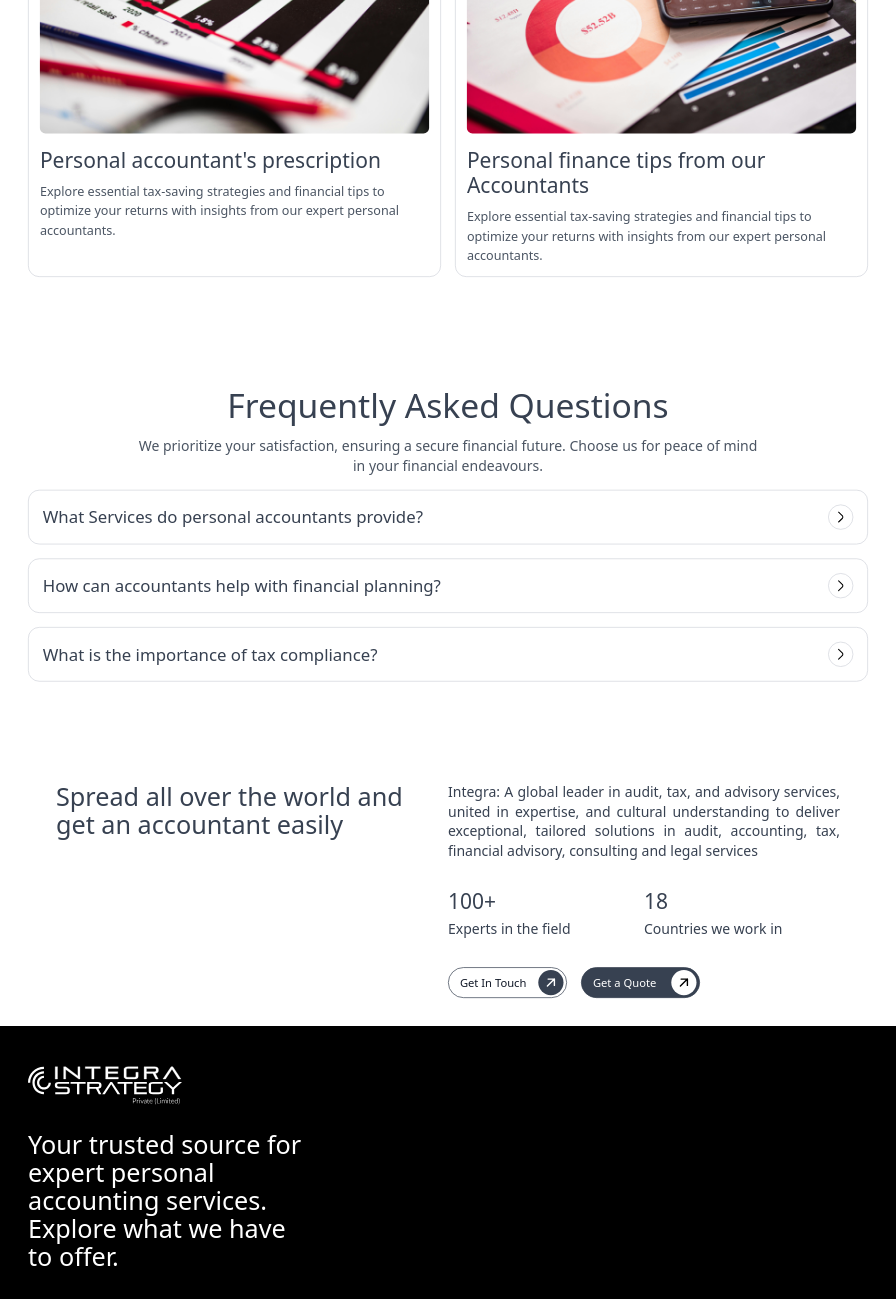
Repository: vespersolutionspk18/integrast-website
Page: /
These files come from the project's save history. The page is drawn as it stood at one moment and after the next save; the edit follows.
The browser window is 1280 px wide. The pictures show the part of the page from y = 2834 to 4754 px (the page is 4690 px tall before and 4754 px after), at 70% of full size.
The project was rebuilt for these pictures with package versions that can differ from the ones it lists, and the page was loaded fresh each time. The framework's server and built-in components were replaced by stand-ins that run in the browser. Also part of the build but not shown: next.config.ts.

Above is the page before, as saved 2024-12-12 15:24:10.

### app/layout.tsx
import type { Metadata } from "next";
import localFont from "next/font/local";
import "./globals.css";

const geistSans = localFont({
  src: "./fonts/GeistVF.woff",
  variable: "--font-geist-sans",
  weight: "100 900",
});
const geistMono = localFont({
  src: "./fonts/GeistMonoVF.woff",
  variable: "--font-geist-mono",
  weight: "100 900",
});

export const metadata: Metadata = {
  title: "Integra Strategy",
  description: "-",
};

export default function RootLayout({
  children,
}: Readonly<{
  children: React.ReactNode;
}>) {
  return (
    <html lang="en">
      <body
        className={`${geistSans.variable} ${geistMono.variable} antialiased`}
      >
        {children}
      </body>
    </html>
  );
}

### app/page.tsx
import Image from "next/image";
import Header from "./Header";
import Hero from "./Hero";
import Services from "./Services";
import Postsart from "./Postsart";
import Faqsection from "./Faqsection";
import GetinTouchSection from "./GetinTouchSection";
import Footer from "./Footer";

export default function Home() {
  return (
    <div>
      <Header />
      <Hero />
      <Services />
      <Postsart />
      <Faqsection />
      <GetinTouchSection />
      <Footer />
    </div>
  );
}

### app/Hero.tsx
import React from 'react'
import ButtonArrowwhite from "@/public/assets/buttonarrowwhite.svg";
import ButtonArrow from "@/public/assets/buttonarrow.svg";
const Hero = () => {
  return (
    <div className="flex flex-col p-10 ">
        <div className="flex flex-row mt-24 h-[190px] gap-5 ">
            <div className="w-[55%] flex flex-col">
                <h1 className="font-light font-sans text-6xl text-gray-600">Unlock Prosperity, <span className="text-gray-800">Choose Expert Guidance</span></h1>
                <h4 className="text-xl font-sans font-light text-gray-900 mt-6">Embark on a transformative journey to financial prosperity with our personalized accountancy services</h4>
            </div>
            <div className="w-[45%] flex flex-col justify-between ">
                <h4 className="text-xl text-justify font-light font-sans text-gray-900">Unlock tailored strategies, benefit from insightful guidances, and follow a clear pathway to achieve your financial success. Elevate your financial journey with our dedicated support and expertise. Contact us today to start your journey towards financial freedom.</h4>
                <div className="flex flex-row gap-5 pt-10">
                <div>
                <div id="button"
  className="group  bg-white h-[44px] flex-row border-[1px] border-gray-700 text-gray-900 text-[16px] py-1 px-1 font-light rounded-full hidden md:flex items-center justify-between w-[170px] transition-width duration-500 ease-in-out  hover:w-[195px] hover:bg-gray-700 hover:border-gray-700 hover:text-white hover:cursor-pointer "

>
  <div className="mx-3 font-sans font-regular">Get In Touch</div>
  <div className="bg-gray-700 rounded-full h-[36px] w-[36px] flex items-center justify-center transition-transform duration-500 ease-in-out group-hover:rotate-45">
    <ButtonArrowwhite className="h-[24px] w-[24px]" />
  </div>
            </div>
                </div>
                <div>
                <div id="button"
  className="group  bg-gray-700 h-[44px] flex-row border-[1px] border-gray-700 text-white text-[16px] py-1 px-1 font-light rounded-full hidden md:flex items-center justify-between w-[170px] transition-width duration-500 ease-in-out  hover:w-[195px] hover:bg-white hover:border-gray-700 hover:text-gray-700 hover:cursor-pointer "

>
  <div className="mx-3 font-sans font-regular">Get a Quote</div>
  <div className="bg-white rounded-full h-[36px] w-[36px] flex items-center justify-center transition-transform duration-500 ease-in-out group-hover:rotate-45 group-hover:border-[1px] group-hover:border-gray-700">
    <ButtonArrow className="h-[24px] w-[24px]" />
  </div>
            </div>
                </div>

                </div>
            </div>
        </div>


        <div className="flex flex-row h-[380px] gap-4 mt-16">
            <div className="w-[70%] transition-all duration-500 ease-in-out hover:w-[90%] rounded-2xl bg-cover bg-center" style={{backgroundImage: `url('/assets/heroimage3.jpg')`}}></div>
            <div className="w-[30%] transition-all duration-500 ease-in-out hover:w-[40%] flex flex-col justify-between ">
                <div className="w-full h-full rounded-2xl bg-cover bg-center" style={{backgroundImage: `url('/assets/heroimage4.jpg')`}}></div>
                <h5 className="font-sans text-gray-900 text-justify text-xl mt-3  font-light">Tailored solutions, expert guidance, and strategic planning to secure your wealth and achieve your financial goals seamlessly</h5>
            </div>
        </div>
    </div>
  )
}

export default Hero

### app/Services.tsx
import React from 'react'
import ButtonArrowwhite from "@/public/assets/buttonarrowwhite.svg";
import ButtonArrow from "@/public/assets/buttonarrow.svg";
const Services = () => {
  return (
    <div className="flex flex-col p-10 mt-16 items-center ">
        <div className="flex flex-row items-start justify-start ">
            <div className="w-1/2 font-sans font-light text-5xl text-gray-700">We collaborate across diverse industry landscapes</div>
            <div className="w-1/2 font-sans text-gray-900 text-justify text-xl  font-light">Our commitment to fostering dynamic collaboration allows to navigate the unique challenges and intricacies of various sectors. Our versatile approach ensures tailored solutions that resonate with the distinct needs of each industry.</div>
        </div>
        <div className="flex flex-row gap-5 mt-16">
            <div className="rounded-2xl w-1/3 h-[540px] bg-cover bg-center flex items-end  " style={{backgroundImage: `url('/assets/audit.jpg')`}}>
            <div className="group">
  <div className="bg-white m-4  rounded-[12px] flex flex-col relative transition-all duration-500 ease-in-out hover:pb-[120px] min-h-[180px]">
    <h5 className="ml-5 mt-5 mr-5 mb-5 font-sans text-3xl text-gray-700 font-light">
      Accounting & Finance
    </h5>
    <p className="ml-5 mr-5 mb-5 text-justify font-sans font-light text-xl text-gray-600">
      We are committed to serving the public interest by providing objective assurance over data on which investors rely.
    </p>
    {/* Hidden div */}
    <div className="absolute bottom-5 left-5 text-xl font-sans font-light  text-gray-600 px-4 py-2 rounded-md opacity-0 invisible transition-all duration-500 group-hover:opacity-100 group-hover:visible hover:text-black hover:cursor-pointer  hover:underline">
      Learn More
    </div>
  </div>
</div>

</div>
            <div className="rounded-2xl w-1/3 h-[540px] bg-cover bg-center flex items-end" style={{backgroundImage: `url('/assets/tax.jpg')`}}>
            <div className="group">
  <div className="bg-white m-4  rounded-[12px] flex flex-col relative transition-all duration-500 ease-in-out hover:pb-[120px] min-h-[180px]">
    <h5 className="ml-5 mt-5 mr-5 mb-5 font-sans text-3xl text-gray-700 font-light">
      Tax & Legal
    </h5>
    <p className="ml-5 mr-5 mb-5 text-justify font-sans font-light text-xl text-gray-600">
      We are committed to serving the public interest by providing objective assurance over data on which investors rely.
    </p>
    {/* Hidden div */}
    <div className="absolute bottom-5 left-5 text-xl font-sans font-light  text-gray-600 px-4 py-2 rounded-md opacity-0 invisible transition-all duration-500 group-hover:opacity-100 group-hover:visible hover:text-black hover:cursor-pointer  hover:underline">
      Learn More
    </div>
  </div>
</div>
</div>
            <div className="rounded-2xl w-1/3 h-[540px] bg-cover bg-center flex items-end" style={{backgroundImage: `url('/assets/tech.jpg')`}}>
            <div className="group">
  <div className="bg-white m-4  rounded-[12px] flex flex-col relative transition-all duration-500 ease-in-out hover:pb-[120px] min-h-[180px]">
    <h5 className="ml-5 mt-5 mr-5 mb-5 font-sans text-3xl text-gray-700 font-light">
      Technology & IT
    </h5>
    <p className="ml-5 mr-5 mb-5 text-justify font-sans font-light text-xl text-gray-600">
      We are committed to serving the public interest by providing objective assurance over data on which investors rely.
    </p>
    {/* Hidden div */}
    <div className="absolute bottom-5 left-5 text-xl font-sans font-light  text-gray-600 px-4 py-2 rounded-md opacity-0 invisible transition-all duration-500 group-hover:opacity-100 group-hover:visible hover:text-black hover:cursor-pointer  hover:underline">
      Learn More
    </div>
  </div>
</div>
</div>
        </div>
        <div className="mt-8">
                <div id="button"
  className="group  bg-white h-[44px] flex-row border-[1px] border-gray-700 text-gray-900 text-[16px] py-1 px-1 font-light rounded-full hidden md:flex items-center justify-between w-[190px] transition-width duration-500 ease-in-out hover:cursor-pointer  hover:w-[215px] hover:bg-gray-700 hover:border-gray-700 hover:text-white "

>
  <div className="mx-3 font-sans font-regular">View all Services</div>
  <div className="bg-gray-700 rounded-full h-[36px] w-[36px] flex items-center justify-center transition-transform duration-500 ease-in-out group-hover:rotate-45">
    <ButtonArrowwhite className="h-[24px] w-[24px]" />
  </div>
            </div>
                </div>
    </div>
  )
}

export default Services

### app/Postsart.tsx
import React from 'react'

const Postsart = () => {
  return (
    <div className="w-full flex flex-col p-10 items-center mt-20">
        <h2 className="text-5xl font-sans text-gray-700 font-light">Posts & Articles</h2>
        <p className="font-sans text-xl text-gray-800 font-light text-center mt-5">Stay up-to-date and enahnce your financial literacy with our engaging and informative<br></br>content your key to achieving financial success</p>
        <div className="flex flex-row mt-10 gap-5 w-full">
            <div className="hover:border-black hover:cursor-pointer flex flex-col rounded-2xl w-1/2  border-[1px] p-4 border-gray-300">
            <div className="w-full h-[340px] rounded-[8px] bg-cover bg-center" style={{backgroundImage: `url('/assets/post1.jpg')`}}></div>
            <h5 className="font-sans font-light text-3xl mt-5 text-gray-700">Navigating Tax Season: Tips for Individuals</h5>
            <p className="font-sans font-light text-gray-600 text-lg mt-3">Explore essential tax-saving strategies and financial tips to optimize your returns with insights from our expert personal accountants.</p>
            </div>
            <div className="hover:border-black hover:cursor-pointer flex flex-col rounded-2xl w-1/2  border-[1px] p-4 border-gray-300">
            <div className="w-full h-[340px] rounded-[8px] bg-cover bg-center" style={{backgroundImage: `url('/assets/post2.jpg')`}}></div>
            <h5 className="font-sans font-light text-3xl mt-5 text-gray-700">Insights from personal accountants</h5>
            <p className="font-sans font-light text-gray-600 text-lg mt-3">Explore essential tax-saving strategies and financial tips to optimize your returns with insights from our expert personal accountants.</p>
            </div>
        </div>
        <div className=" flex flex-row mt-5 gap-5 w-full">
            <div className="hover:border-black hover:cursor-pointer flex flex-col rounded-2xl w-1/2  border-[1px] p-4 border-gray-300">
            <div className="w-full h-[340px] rounded-[8px] bg-cover bg-center" style={{backgroundImage: `url('/assets/post3.jpg')`}}></div>
            <h5 className="font-sans font-light text-3xl mt-5 text-gray-700">Personal accountant's prescription</h5>
            <p className="font-sans font-light text-gray-600 text-lg mt-3">Explore essential tax-saving strategies and financial tips to optimize your returns with insights from our expert personal accountants.</p>
            </div>
            <div className="hover:border-black hover:cursor-pointer flex flex-col rounded-2xl w-1/2  border-[1px] p-4 border-gray-300">
            <div className="w-full h-[340px] rounded-[8px] bg-cover bg-center" style={{backgroundImage: `url('/assets/post4.jpg')`}}></div>
            <h5 className="font-sans font-light text-3xl mt-5 text-gray-700">Personal finance tips from our Accountants</h5>
            <p className="font-sans font-light text-gray-600 text-lg mt-3">Explore essential tax-saving strategies and financial tips to optimize your returns with insights from our expert personal accountants.</p>
            </div>
        </div>
    </div>
  )
}

export default Postsart

### app/Faqsection.tsx
"use client";
import React, { useState } from "react";
import ButtonRight from "@/public/assets/right.svg";
import ButtonArrowwhite from "@/public/assets/buttonarrowwhite.svg";
import ButtonArrow from "@/public/assets/buttonarrow.svg";

const Faqsection = () => {
  // Array of FAQs
  const faqs = [
    {
      question: "What Services do personal accountants provide?",
      answer:
        "Personal accountants provide a variety of services, including tax preparation, financial planning, and investment advice. They also help manage budgets, track expenses, and ensure compliance with financial regulations.",
    },
    {
      question: "How can accountants help with financial planning?",
      answer:
        "Accountants assist in creating budgets, managing investments, and developing long-term financial strategies tailored to individual needs.",
    },
    {
      question: "What is the importance of tax compliance?",
      answer:
        "Tax compliance ensures that individuals and businesses meet their legal obligations, avoiding penalties and fostering financial stability.",
    },
  ];

  // State to track which FAQ is expanded
  const [expandedIndex, setExpandedIndex] = useState(null);

  // Toggle function
  const toggleSection = (index) => {
    setExpandedIndex((prevIndex) => (prevIndex === index ? null : index));
  };

  return (
    <div className="flex flex-col p-10 items-center mt-20">
      <h2 className="font-sans font-light text-5xl text-gray-700">
        Frequently Asked Questions
      </h2>
      <p className="font-sans mt-5 font-light text-xl text-gray-600 text-center">
        We prioritize your satisfaction, ensuring a secure financial future.
        Choose us for peace of mind
        <br />
        in your financial endeavours.
      </p>
      <div className="w-full flex flex-col gap-5 mt-5">
        {faqs.map((faq, index) => (
          <div
            key={index}
            className={`border-[1px] ${
              expandedIndex === index ? "border-gray-500" : "border-gray-300"
            } rounded-2xl p-5 flex flex-col transition-all duration-500`}
          >
            <div
              onClick={() => toggleSection(index)}
              className="flex flex-row justify-between items-center cursor-pointer"
            >
              <h5 className="font-sans font-light text-2xl text-gray-700">
                {faq.question}
              </h5>
              <div
                className={`bg-white border-[1px] border-gray-300 rounded-full h-[36px] w-[36px] flex items-center justify-center transition-transform duration-500 ease-in-out ${
                  expandedIndex === index ? "rotate-90" : "rotate-0, "
                }`}
              >
                <ButtonRight className="h-[24px] w-[24px]" />
              </div>
            </div>
            {/* Expandable content */}
            <div
              className={`overflow-hidden transition-all duration-500 ease-in-out ${
                expandedIndex === index ? "max-h-[200px] mt-5" : "max-h-0"
              }`}
            >
              <p className="text-gray-600 font-sans font-light text-lg">{faq.answer}</p>
            </div>
          </div>
        ))}
      </div>
    </div>
  );
};

export default Faqsection;

### app/GetinTouchSection.tsx
import React from 'react'
import ButtonArrowwhite from "@/public/assets/buttonarrowwhite.svg";
import ButtonArrow from "@/public/assets/buttonarrow.svg";

const GetinTouchSection = () => {
  return (
    <div className="mt-16">
        <div className="flex flex-row p-10 ">
        <div className="ml-10 w-1/2 font-sans font-light text-gray-700 text-4xl">
        <b>Spread all over the world</b> and get an accountant easily
        </div>
        <div className="mr-10 w-1/2 flex flex-col">
        <p className="font-light text-xl text-gray-700 font-sans text-justify">
            Integra: A global leader in audit, tax, and advisory services, united in expertise, and cultural understanding to deliver exceptional, tailored solutions in audit, accounting, tax, financial advisory, consulting and legal services
        </p>
        <div className="flex flex-row justify-between mt-10">
        <div className="w-1/2 flex flex-col gap-2">
        <h5 className="font-sans font-light text-3xl text-gray-700">100+</h5>
        <p className="font-sans font-light text-xl text-gray-700">Experts in the field</p>

        </div>
        <div className="w-1/2 flex flex-col gap-2">
        <h5 className="font-sans font-light text-3xl text-gray-700">18</h5>
        <p className="font-sans font-light text-xl text-gray-700">Countries we work in </p>
        </div>
        </div>
        <div className="flex flex-row gap-5 pt-10">
                <div>
                <div id="button"
  className="group  bg-white h-[44px] flex-row border-[1px] border-gray-700 text-gray-900 text-[16px] py-1 px-1 font-light rounded-full hidden md:flex items-center justify-between w-[170px] transition-width duration-500 ease-in-out  hover:w-[195px] hover:bg-gray-700 hover:border-gray-700 hover:text-white hover:cursor-pointer "

>
  <div className="mx-3 font-sans font-regular">Get In Touch</div>
  <div className="bg-gray-700 rounded-full h-[36px] w-[36px] flex items-center justify-center transition-transform duration-500 ease-in-out group-hover:rotate-45">
    <ButtonArrowwhite className="h-[24px] w-[24px]" />
  </div>
            </div>
                </div>
                <div>
                <div id="button"
  className="group  bg-gray-700 h-[44px] flex-row border-[1px] border-gray-700 text-white text-[16px] py-1 px-1 font-light rounded-full hidden md:flex items-center justify-between w-[170px] transition-width duration-500 ease-in-out  hover:w-[195px] hover:bg-white hover:border-gray-700 hover:text-gray-700 hover:cursor-pointer "

>
  <div className="mx-3 font-sans font-regular">Get a Quote</div>
  <div className="bg-white rounded-full h-[36px] w-[36px] flex items-center justify-center transition-transform duration-500 ease-in-out group-hover:rotate-45 group-hover:border-[1px] group-hover:border-gray-700">
    <ButtonArrow className="h-[24px] w-[24px]" />
  </div>
            </div>
                </div>

                </div>
        </div>
    </div>
    </div>
  )
}

export default GetinTouchSection

### app/Footer.tsx
import React from 'react'
import IntegraFooterLogo from "@/public/assets/integra-logo-white.svg";

const Footer = () => {
  return (
    <div className="flex flex-col bg-black text-white">
        <div className="flex flex-row p-10 justify-between">
        <div className="w-1/3 flex flex-col gap-5">
        <IntegraFooterLogo className="h-[90px] w-[220px]" />
        <h3 className="font-sans font-light text-4xl">Your trusted source for expert personal accounting services. Explore what we have to offer.</h3>
        </div>
        </div>
    </div>
  )
}

export default Footer

Loaded but not shown: app/globals.css (common file); app/Header.tsx (common file); tailwind.config.ts (common file)

After the next save:
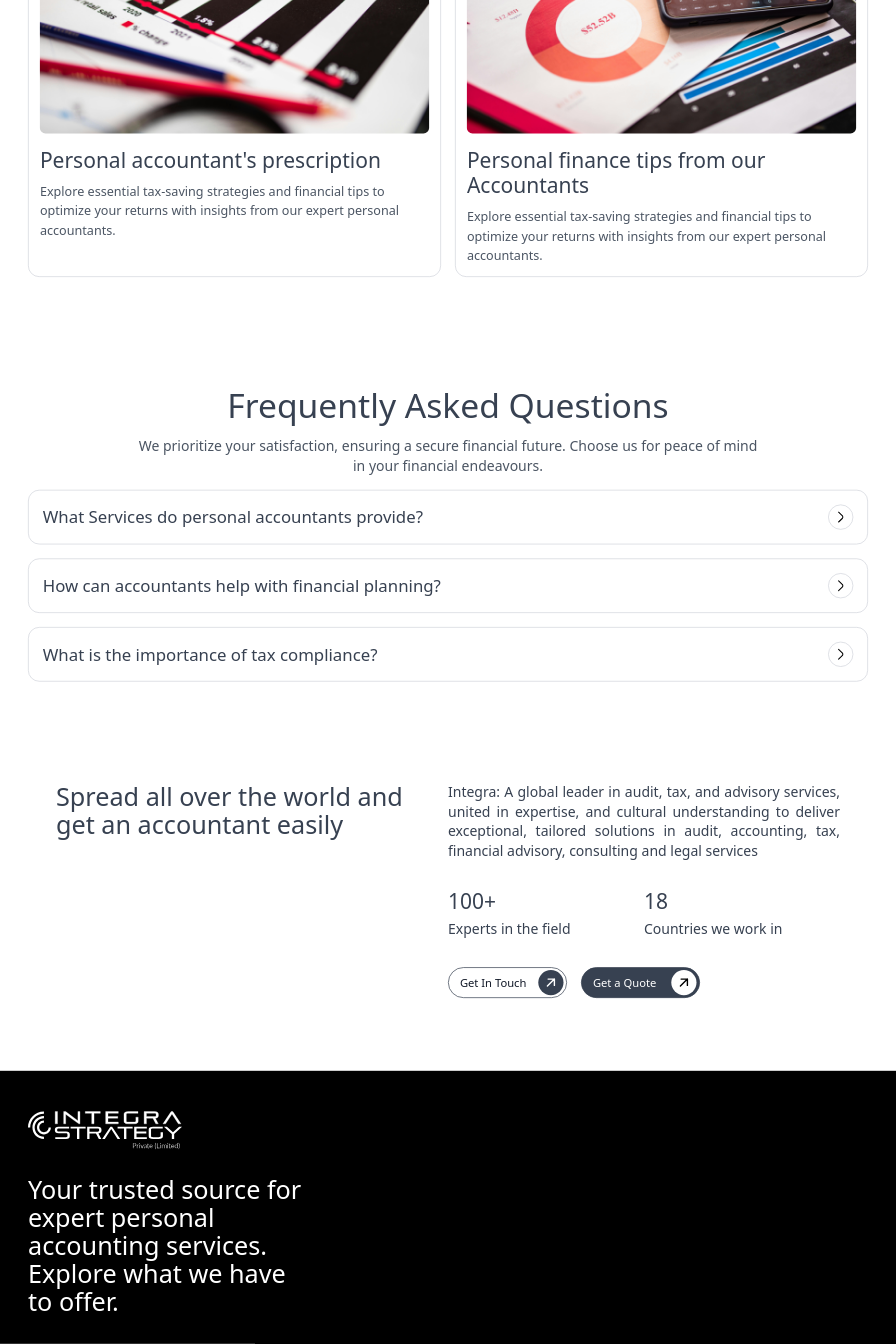
Saved 13 s later.
--- a/app/Footer.tsx
+++ b/app/Footer.tsx
@@ -3,7 +3,7 @@ import IntegraFooterLogo from "@/public/assets/integra-logo-white.svg";
 
 const Footer = () => {
   return (
-    <div className="flex flex-col bg-black text-white">
+    <div className="flex flex-col bg-black text-white mt-16">
         <div className="flex flex-row p-10 justify-between">
         <div className="w-1/3 flex flex-col gap-5">
         <IntegraFooterLogo className="h-[90px] w-[220px]" />
